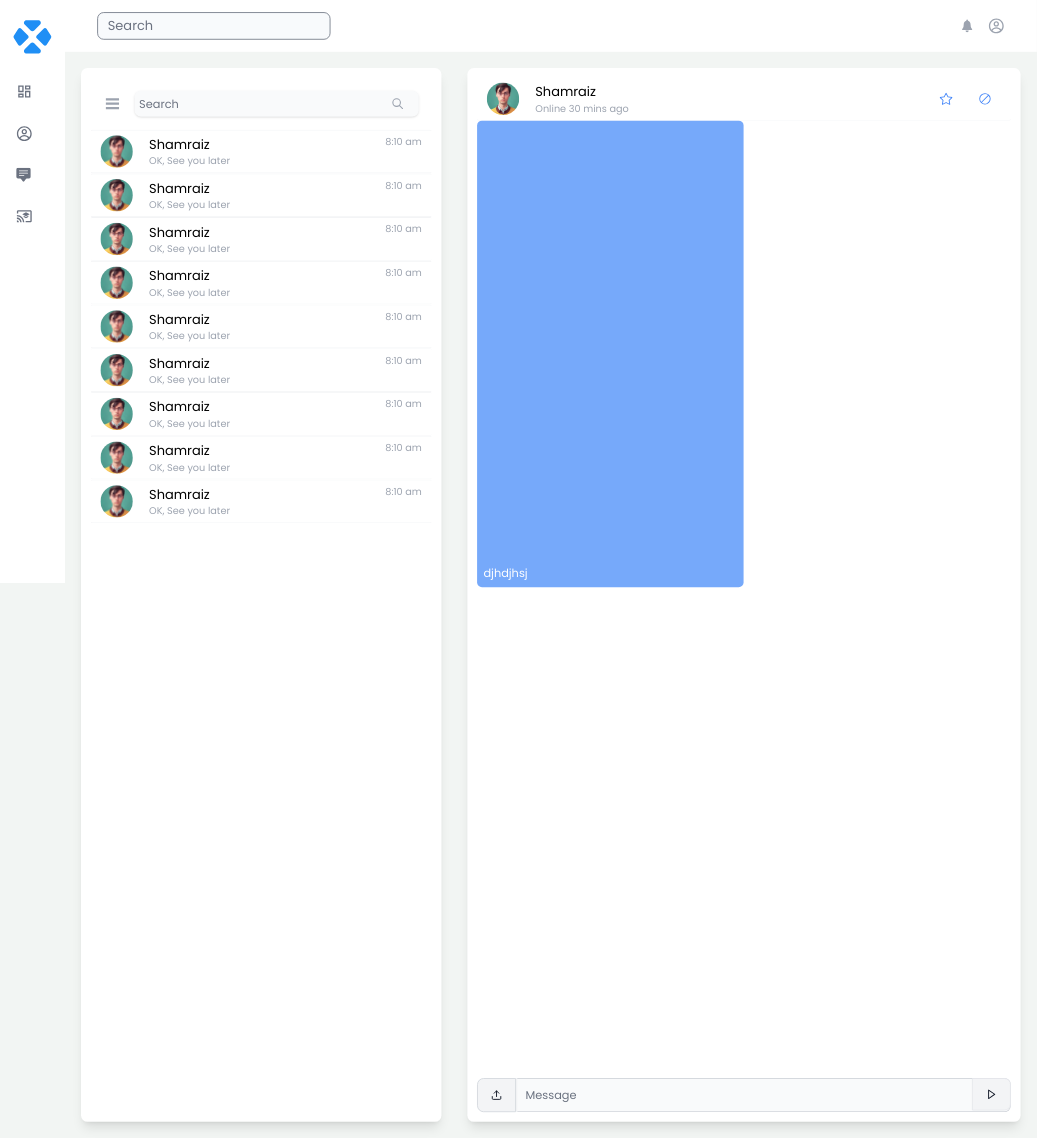
Repository: Shamraiz761/Frontend-Assessment
Page: /chat
An editor plug-in stored every save of this project. The page is shown before and after the next save, followed by the edit.
The browser window is 1280 px wide. The pictures show the whole page, at 81% of full size.
The project was rebuilt for these pictures with package versions that can differ from the ones it lists, and the page was loaded fresh each time. Also part of the build but not shown: vite.config.js, src/routes/root.jsx, src/pages/orders/index.jsx, src/pages/submission/index.jsx, src/pages/admin/index.css, src/components/admin/card.jsx, src/components/admin/addCard.jsx, src/pages/admin/index.jsx and 3 more. Imported but missing from the stored project, and not drawn on this page: src/pages/auth/login, src/pages/tasks, src/routes/profileLayout.

Above is the page before, as saved 2023-06-16 11:50:41.

### src/main.jsx
import ReactDOM from 'react-dom/client'

import React from 'react'

import App from './App.jsx'
import './index.css'

ReactDOM.createRoot(document.getElementById('root')).render(
  <React.StrictMode>
    <App />
  </React.StrictMode>,
)

### src/App.jsx
import React from 'react'
import { DndProvider } from 'react-dnd'
import { HTML5Backend } from 'react-dnd-html5-backend'
import 'flowbite'

import AppRoutes from './routes'

export default function App() {
  return (
    <DndProvider backend={HTML5Backend}>
      <AppRoutes />
    </DndProvider>
  )
}

### src/index.css
@import url("https://fonts.googleapis.com/css2?family=Poppins:wght@400;500;600;700;800;900&display=swap");

@tailwind base;
@tailwind components;
@tailwind utilities;

* {
  margin: 0;
  padding: 0;
}

body {
  margin: 0;
  font-family: "Poppins", -apple-system, BlinkMacSystemFont, "Segoe UI",
    "Roboto", "Oxygen", "Ubuntu", "Cantarell", "Fira Sans", "Droid Sans",
    "Helvetica Neue", sans-serif;
  -webkit-font-smoothing: antialiased;
  -moz-osx-font-smoothing: grayscale;
  width: 100vw;
  overflow-x: hidden;
  background-color: #f2f5f3;
  /* background: linear-gradient(180deg, #faefe8 0%, #edc7ac 100%); */
}

code {
  font-family: source-code-pro, Menlo, Monaco, Consolas, "Courier New",
    monospace;
}

.pointer-cursor {
  cursor: pointer;
}

.cusBorder {
  border: 1px solid #000;
  border-radius: 5px;
}

img {
  cursor: pointer;
}
.errors {
  color: #dc3545;
  padding: 0;
  margin: 0;
  font-size: 12px;
}
.loader {
  position: fixed;
  top: 0;
  bottom: 0;
  left: 0;
  right: 0;
  background-color: rgba(47, 151, 161, 0.32);

  display: flex;
  justify-content: center;
  align-items: center;
}

.link {
  color: #000;
  cursor: pointer;
  text-decoration: none;
}
.link:hover {
  color: #000;
}

.trans-btn {
  background-color: transparent;
  border: none;
}
.profile-logout-btn {
  border: 0;
}
.profile-logout-btn:hover {
  border: 0;
}
.profile-btn {
  border-radius: 0;
  border: 0;
}
.logout-btn {
  border-radius: 0;
  border: 0;
}
.logout-btn:hover {
  background-color: rgba(220, 53, 69, 0.5);
  border: 0;
  color: #fff;
}
.breadcrumbs ul {
  list-style: none;
  display: inline-block;
}

.breadcrumbs ul li {
  display: inline;
}

.breadcrumbs ul li .bc-link {
  /* display: block; */
  width: max-content;
  background-color: #f8f9fa;
  padding: 6px 15px 6px 25px;
  text-align: center;
  position: relative;
  margin: 0 10px 0 0;
  font-size: 15px;
  text-decoration: none;
  color: #000;
}
.breadcrumbs ul li .bc-link::after {
  content: "";
  border-top: 17px solid transparent;
  border-bottom: 17px solid transparent;
  border-left: 17px solid #f8f9fa;
  position: absolute;
  top: 0;
  right: -17px;
  z-index: 1;
}
.breadcrumbs ul li .bc-link::before {
  content: "";
  border-top: 17px solid transparent;
  border-bottom: 17px solid transparent;
  border-left: 17px solid #71cdd5;
  position: absolute;
  top: 0;
  left: 0;
}
.breadcrumbs ul li:first-child .bc-link {
  border-top-left-radius: 5px;
  border-bottom-left-radius: 5px;
}
.breadcrumbs ul li:first-child .bc-link::before {
  display: none;
}

.breadcrumbs ul li:last-child .bc-link {
  padding-right: 20px;
  border-top-right-radius: 5px;
  border-bottom-right-radius: 5px;
}
.breadcrumbs ul li:last-child .bc-link::after {
  display: none;
}

@media screen and (max-width: 500px) {
  .breadcrumbs ul li .bc-link {
    /* display: block; */
    padding: 2px 2px 2px 13px;
    /* margin: 0 10px 0 0; */
    font-size: 14px;
  }

  .breadcrumbs ul li .bc-link::after {
    content: "";
    border-top: 11.6px solid transparent;
    border-bottom: 11.6px solid transparent;
    border-left: 11.6px solid #f8f9fa;
    position: absolute;
    top: 0;
    right: -11.6px;
    z-index: 1;
  }
  .breadcrumbs ul li .bc-link::before {
    content: "";
    border-top: 11.6px solid transparent;
    border-bottom: 11.6px solid transparent;
    border-left: 11.6px solid #71cdd5;
    position: absolute;
    top: 0;
    left: 0;
  }
  .breadcrumbs ul li:last-child .bc-link {
    padding-right: 5px;
  }
}

@media screen and (max-width: 350px) {
  .breadcrumbs ul li .bc-link {
    /* display: block; */
    padding: 2px 2px 2px 12px;
    /* margin: 0 10px 0 0; */
    font-size: 10px;
  }

  .breadcrumbs ul li .bc-link::after {
    content: "";
    border-top: 9px solid transparent;
    border-bottom: 9px solid transparent;
    border-left: 9px solid #f8f9fa;
    position: absolute;
    top: 0;
    right: -9px;
    z-index: 1;
  }
  .breadcrumbs ul li .bc-link::before {
    content: "";
    border-top: 9px solid transparent;
    border-bottom: 9px solid transparent;
    border-left: 9px solid #edc7ac;
    position: absolute;
    top: 0;
    left: 0;
  }
  .breadcrumbs ul li:last-child .bc-link {
    padding-right: 5px;
  }
}

/* ********************************************** */

### src/routes/index.jsx
import {
  createBrowserRouter,
  createRoutesFromElements,
  RouterProvider,
  Route,
} from "react-router-dom";

import * as React from "react";

import Layout from "./layout";
import Root from "./root";

import Login from "../pages/auth/login";
import Chat from "../pages/chat";
import UserChat from "../components/chat/userChat";
import ProfileLayout from "./profileLayout";
import Tasks from "../pages/tasks";
import Orders from "../pages/orders";
import Submission from "../pages/submission";
import Admin from "../pages/admin";
import MarketPlace from "../pages/marketplace";
import View from "../pages/view";

export default function AppRoutes() {
  const router = createBrowserRouter(
    createRoutesFromElements(
      <Route>
        <Route path="/login" element={<Login />} />

        <Route element={<Layout />}>
          <Route path="/chat" element={<Chat />}>
            <Route path="userchat" element={<UserChat />} />
          </Route>
          <Route path="/marketplace" element={<MarketPlace />} />
          <Route path="/view" element={<View />} />

          <Route path={"/"} element={<ProfileLayout />}>
            {/* Add Task order payment submit route here */}
            <Route path="/admin" element={<Admin />} />
            <Route path="/" element={<Tasks />} />
            <Route path="/orders" element={<Orders />} />
            <Route path="/tasks" element={<Tasks />} />
            <Route path="/submission" element={<Submission />} />
          </Route>
        </Route>
      </Route>
    )
  );

  return <RouterProvider router={router} />;
}

### src/routes/layout.jsx
import { Link, Outlet, useNavigate } from "react-router-dom";
import { Gi3DGlasses } from "react-icons/gi";
import { CgProfile } from "react-icons/cg";
import { BsArrowLeft, BsFillChatSquareTextFill } from "react-icons/bs";
import { MdOutlineDashboard, MdOutlineCastForEducation } from "react-icons/md";
import "./index.css";

import React, { useState } from "react";
import Header from "../components/header/index";

export default function Layout() {
  const [open, setOpen] = useState(false);
  const [type, setType] = useState(false);
  const navigate = useNavigate();
  return (
    <div>
      <div
        className={`h-screen bg-white p-3 ${
          open ? "w-56" : "w-20"
        } fixed top-0 sidebar z-50`}
      >
        <div className="flex flex-row justify-center">
          <svg
            width="67"
            height="67"
            viewBox="0 0 67 67"
            fill="none"
            xmlns="http://www.w3.org/2000/svg"
            className={` text-4xl block float-left cursor-pointer rounded transition duration-500 ${
              !open && "rotate-[360deg]"
            }`}
            onClick={() => {
              setOpen(!open);
              setType(false);
            }}
          >
            <path
              d="M22.138 15.2984L30.8759 24.0363C32.3276 25.488 34.7005 25.488 36.1522 24.0363L44.8901 15.2984C47.2351 12.9534 45.588 8.90552 42.238 8.90552H24.7622C21.4401 8.90552 19.7651 12.9534 22.138 15.2984Z"
              fill="#208FF5"
            />
            <path
              d="M22.138 51.7017L30.8759 42.9637C32.3276 41.5121 34.7005 41.5121 36.1522 42.9637L44.8901 51.7017C47.2351 54.0467 45.588 58.0946 42.238 58.0946H24.7622C21.4401 58.0946 19.7651 54.0467 22.138 51.7017Z"
              fill="#208FF5"
            />
            <path
              d="M6.03002 31.9088L12.423 21.8588C13.428 20.2676 15.6614 20.0163 17.0014 21.3563L27.0514 31.4063C28.1959 32.5509 28.1959 34.4213 27.0514 35.5659L17.0014 45.6159C15.6614 46.9559 13.456 46.7047 12.423 45.1134L6.03002 35.0634C5.44377 34.1142 5.44377 32.8859 6.03002 31.9088Z"
              fill="#208FF5"
            />
            <path
              d="M60.9701 31.9088L54.5771 21.8588C53.5721 20.2676 51.3387 20.0163 49.9987 21.3563L39.9488 31.4063C38.8042 32.5509 38.8042 34.4213 39.9488 35.5659L49.9987 45.6159C51.3387 46.9559 53.5442 46.7047 54.5771 45.1134L60.9701 35.0634C61.5563 34.1142 61.5563 32.8859 60.9701 31.9088Z"
              fill="#208FF5"
            />
          </svg>
        </div>

        {/* Search */}

        <ul className="pt-2">
          {/* Dashboard */}
          <Link
            to="/marketplace"
            className={` rounded-md text-gray-500  text-xs flex items-center gap-x-4 cursor-pointer hover:bg-gray-50 hover:text-blue-500 py-4 p-2`}
          >
            <span className="text-xl block float-left">
              <MdOutlineDashboard />
            </span>
            <span
              className={` text-sm font-md flex-1 hidden-link ${
                !open && "hidden"
              }`}
            >
              Marketplace
            </span>
          </Link>

          <Link
            className={` rounded-md text-gray-500  text-xs flex items-center gap-x-4 cursor-pointer hover:bg-gray-50 hover:text-blue-500 py-4 p-2`}
            to="/"
          >
            <span className="text-xl block float-left">
              <CgProfile />
            </span>
            <span
              className={` text-xs font-md flex-1 hidden-link ${
                !open && "hidden"
              }`}
            >
              Profile
            </span>
          </Link>

          {/* Lens */}
          <Link
            className={` rounded-md text-gray-500  text-xs flex items-center gap-x-4 cursor-pointer hover:bg-gray-50 hover:text-blue-500 py-4 p-2`}
            to="/chat"
          >
            <span className="text-lg block float-left">
              <BsFillChatSquareTextFill />
            </span>
            <span
              className={` text-xs font-md flex-1  hidden-link ${
                !open && "hidden"
              }`}
            >
              Chat
            </span>
          </Link>

          {/* Orders */}
          <Link
            className={` rounded-md text-gray-500  text-xs flex items-center gap-x-4 cursor-pointer hover:bg-gray-50 hover:text-blue-500 py-4 p-2`}
            to="/education"
          >
            <span className="text-xl block float-left">
              <MdOutlineCastForEducation />
            </span>
            <span
              className={` text-xs font-md flex-1  hidden-link ${
                !open && "hidden"
              }`}
            >
              Education
            </span>
          </Link>
        </ul>
      </div>
      <div className={`${open ? "ml-56" : "ml-20"}`}>
        <Header />
        <Outlet />
      </div>
    </div>
  );
}

### src/pages/chat/index.jsx
import { VscThreeBars } from "react-icons/vsc";

import React from "react";

import UserChat from "../../components/chat/userChat";
import ChatsCard from "../../components/chat/chatsCard";

function Chat() {
  return (
    <div className="m-5 grid grid-cols-1 md:grid-cols-5  gap-8 flex-wrap">
      <div className="col-span-1 md:col-span-2 p-3 bg-white rounded-lg shadow-lg min-h-screen">
        <form className="m-4">
          <div className="flex items-center">
            <VscThreeBars className=" mr-4   rounded-lg text-gray-400 cursor-pointer text-2xl" />
            <div className="relative w-full  ">
              <input
                type="search"
                id='location-search"'
                className=" p-1.5 w-full focus:ring-gray-300  z-20 text-sm text-gray-200 bg-gray-50 shadow rounded-lg"
                placeholder="Search"
                required
                style={{ border: "none", outline: "none" }}
              />

              <button
                type="submit"
                className="absolute top-0 right-0 p-1.5 text-sm font-medium text-gray-400  rounded-r-lg   "
              >
                <svg
                  aria-hidden="true"
                  className="w-4 h-4 mr-3 mt-0.5"
                  fill="none"
                  stroke="currentColor"
                  viewBox="0 0 24 24"
                  xmlns="http://www.w3.org/2000/svg"
                >
                  <path
                    strokeLinecap="round"
                    strokeLinejoin="round"
                    strokeWidth={2}
                    d="M21 21l-6-6m2-5a7 7 0 11-14 0 7 7 0 0114 0z"
                  />
                </svg>
                <span className="sr-only">Search</span>
              </button>
            </div>
          </div>
        </form>
        <ChatsCard />
        <ChatsCard />
        <ChatsCard />
        <ChatsCard />
        <ChatsCard />
        <ChatsCard />
        <ChatsCard />
        <ChatsCard />
        <ChatsCard />
      </div>

      <UserChat />
    </div>
  );
}

export default Chat;

### src/components/chat/userChat.jsx
import { VscCircleSlash } from "react-icons/vsc";
import { BsStar } from "react-icons/bs";
import { FiUpload } from "react-icons/fi";
import { BiRightArrow } from "react-icons/bi";

import React from "react";

import Profile from "../../assets/images/profilePic.jpg";

function UserChat() {
  return (
    <div className="col-span-1 md:col-span-3 p-3  bg-white rounded-lg shadow-lg overflow-y">
      {" "}
      <div className="flex flex-row  px-3 py-1.5  border-b border-gray-100 rounded-sm ">
        <img src={Profile} className="h-10 w-10 rounded-full" />
        <div className="ml-5 flex flex-row justify-between w-full ">
          <div>
            {" "}
            <h1>Shamraiz</h1>{" "}
            <p className="text-xs font-thin text-gray-400">
              Online 30 mins ago
            </p>
          </div>
          <div className="flex flex-row items-center">
            <BsStar className="text-blue-500 mr-8" />
            <VscCircleSlash className="text-blue-500 mr-3" />
          </div>
        </div>
      </div>
      <div className="chats ">
        <p
          className="text-sm bg-blue-400 rounded-md p-2 text-white flex flex-col  justify-end w-1/2"
          style={{ height: "80vh" }}
        >
          djhdjhsj
        </p>
      </div>
      <div className="flex flex-col  justify-end " style={{ height: "90vh" }}>
        <form className="w-full ">
          <div className="flex">
            <button
              id="dropdown-button"
              data-dropdown-toggle="dropdown"
              className="flex-shrink-0 z-10 inline-flex items-center py-2.5 px-4 text-sm font-medium text-center text-gray-900 bg-gray-100 border border-gray-300 dark:border-gray-700 dark:text-white rounded-l-lg hover:bg-gray-200  focus:outline-none "
              type="button"
            >
              <FiUpload />
            </button>
            <div
              id="dropdown"
              className="z-10 hidden bg-white divide-y divide-gray-100 rounded-lg shadow w-44 dark:bg-gray-700"
            >
              <ul
                className="py-2 text-sm text-gray-700 dark:text-gray-200"
                aria-labelledby="dropdown-button"
              >
                <li>
                  <a
                    href="#"
                    className="block px-4 py-2 hover:bg-gray-100 dark:hover:bg-gray-600 dark:hover:text-white"
                  >
                    Photo
                  </a>
                </li>
                <li>
                  <a
                    href="#"
                    className="block px-4 py-2 hover:bg-gray-100 dark:hover:bg-gray-600 dark:hover:text-white"
                  >
                    Vedio
                  </a>
                </li>
                <li>
                  <a
                    href="#"
                    className="block px-4 py-2 hover:bg-gray-100 dark:hover:bg-gray-600 dark:hover:text-white"
                  >
                    Document
                  </a>
                </li>
                <li>
                  <a
                    href="#"
                    className="block px-4 py-2 hover:bg-gray-100 dark:hover:bg-gray-600 dark:hover:text-white"
                  >
                    Finance
                  </a>
                </li>
              </ul>
            </div>
            <div className="relative w-full">
              <input
                type="search"
                id="search-dropdown"
                className="block p-2.5 w-full z-20 text-sm text-gray-900 bg-gray-50 rounded-r-lg border-l-gray-100 border-l-2 border border-gray-300 focus:ring-blue-500 focus:border-blue-500 dark:bg-gray-700 dark:border-gray-600 dark:placeholder-gray-400 dark:text-white dark:focus:border-blue-500"
                placeholder="Message"
              />
              <button
                type="submit"
                className="absolute top-0 right-0 z-10 py-3 px-4 text-sm font-medium text-gray-900 bg-gray-100 rounded-r-lg border "
              >
                <BiRightArrow />
              </button>
            </div>
          </div>
        </form>
      </div>
    </div>
  );
}

export default UserChat;

### src/routes/index.css
.sidebar {
    transition: all 0.2s ease-in;
}
.hidden-link {
    transition: all 1s ease-in;
}

### src/components/header/index.jsx
import { IoIosNotifications } from "react-icons/io";

import React from "react";
import { CgProfile } from "react-icons/cg";

function Header() {
  return (
    <div>
      {/* component */}
      <nav className=" bg-white w-full flex relative justify-between items-center mx-auto px-8 py-4 h-16">
        {/* search bar */}
        <div className="hidden sm:block flex-shrink flex-grow-0 justify-start px-2">
          <div className="inline-block">
            <div className="inline-flex items-center max-w-full">
              <input
                className="flex items-center text-gray-400 bg-slate-50 justify-between  flex-grow-0  relative w-72 border rounded-lg  py-1"
                type="search"
                placeholder="Search"
              />

              <div className="flex items-center justify-center relative  h-8 w-24 rounded-full"></div>
            </div>
          </div>
        </div>

        <div className="flex-initial">
          <div className="flex justify-end items-center relative">
            <div className="block">
              <div className="inline relative sm:flex sm:flex-row sm:justify-center">
                <button
                  type="button"
                  className="inline-flex items-center relative px-2  rounded-full hover:shadow-lg"
                >
                  <IoIosNotifications className="text-gray-400 text-xl" />
                </button>
                <button
                  type="button"
                  className="inline-flex items-center relative px-2  rounded-full hover:shadow-lg"
                >
                  <CgProfile className="text-gray-400 text-xl" />
                </button>
              </div>
            </div>
          </div>
        </div>
        {/* end login */}
      </nav>
    </div>
  );
}

export default Header;

### src/components/chat/chatsCard.jsx
import React from "react";

import Profile from "../../assets/images/profilePic.jpg";

function ChatsCard() {
  return (
    <div className="flex flex-row px-3 py-1.5  border-y border-gray-100 rounded-sm hover:bg-blue-200">
      <img src={Profile} className="h-10 w-10 rounded-full" />
      <div className="ml-5 flex flex-row justify-between w-full ">
        <div>
          {" "}
          <h1>Shamraiz</h1>{" "}
          <p className="text-xs font-thin text-gray-400">OK, See you later</p>
        </div>
        <p className="text-xs font-thin text-gray-400">8:10 am</p>
      </div>
    </div>
  );
}

export default ChatsCard;

### tailwind.config.cjs
const colors = require('tailwindcss/colors');
const defaultTheme = require('tailwindcss/defaultTheme');

module.exports = {
  content: ['./src/**/*.{js,jsx,ts,tsx}', "node_modules/flowbite/**/*.js"],
  theme: {
    extend: {
      colors: {
        // set primary color from figma
        // primary: {
        // },
      },
      fontFamily: {
        poppins: ['Poppins', ...defaultTheme.fontFamily.sans],
      },
      fontSize: {
        xxs: '0.5rem',
      },
    },
  },
  plugins: [
    require('flowbite/plugin')
  ],

};

Loaded but not shown: index.html (common file)

After the next save:
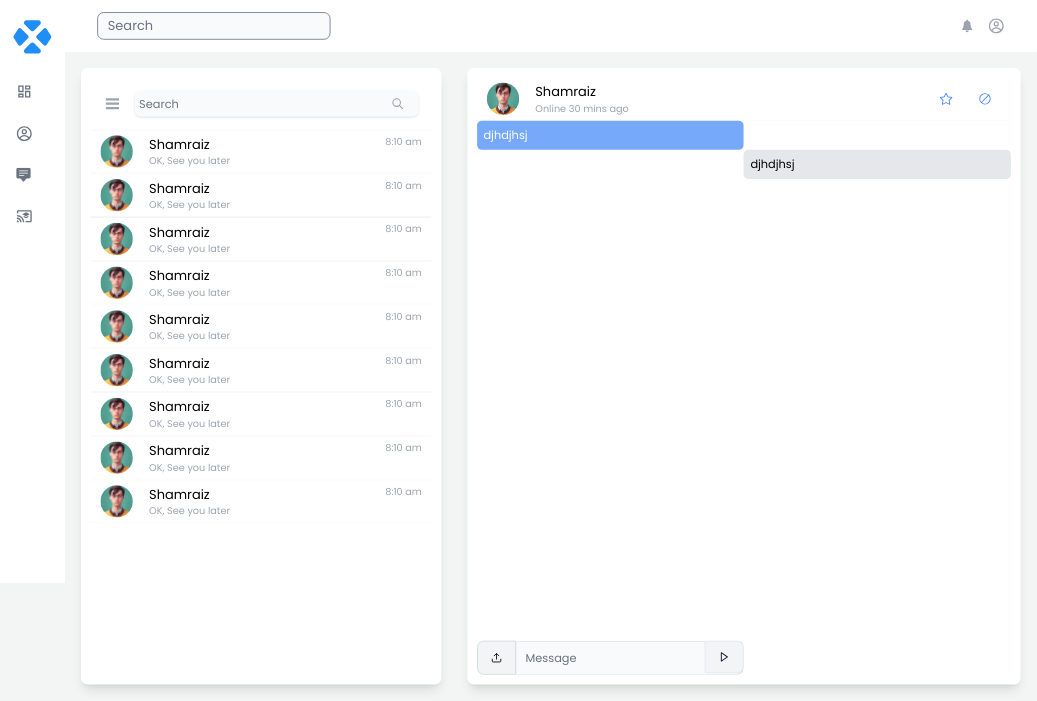
Saved 60 s later.
--- a/src/components/chat/userChat.jsx
+++ b/src/components/chat/userChat.jsx
@@ -28,10 +28,11 @@ function UserChat() {
         </div>
       </div>
       <div className="chats ">
-        <p
-          className="text-sm bg-blue-400 rounded-md p-2 text-white flex flex-col  justify-end w-1/2"
-          style={{ height: "80vh" }}
-        >
+        <p className="text-sm bg-blue-400 rounded-md p-2 text-white flex flex-col  justify-end w-1/2">
+          djhdjhsj
+        </p>
+
+        <p className="text-sm bg-gray-200 rounded-md p-2  flex flex-col float-right justify-end w-1/2">
           djhdjhsj
         </p>
       </div>
